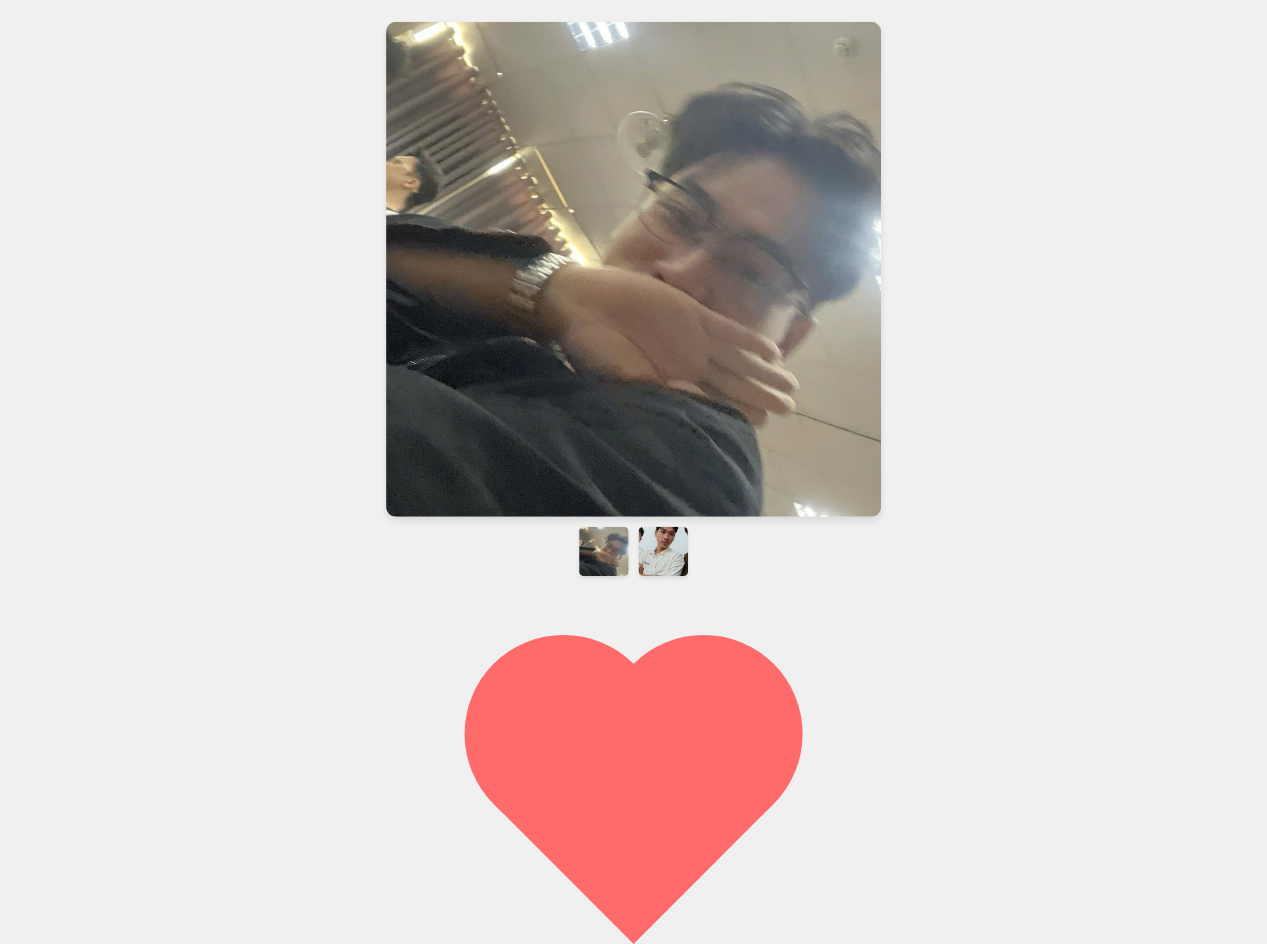
Repository: Thonghehe/profile
Page: index.html
An editor plug-in stored every save of this project. The page is shown before and after the next save, followed by the edit.
The browser window is 1280 px wide. The pictures show the whole page, at 99% of full size.

Above is the page before, as saved 2024-11-15 13:49:55.

After the next save:
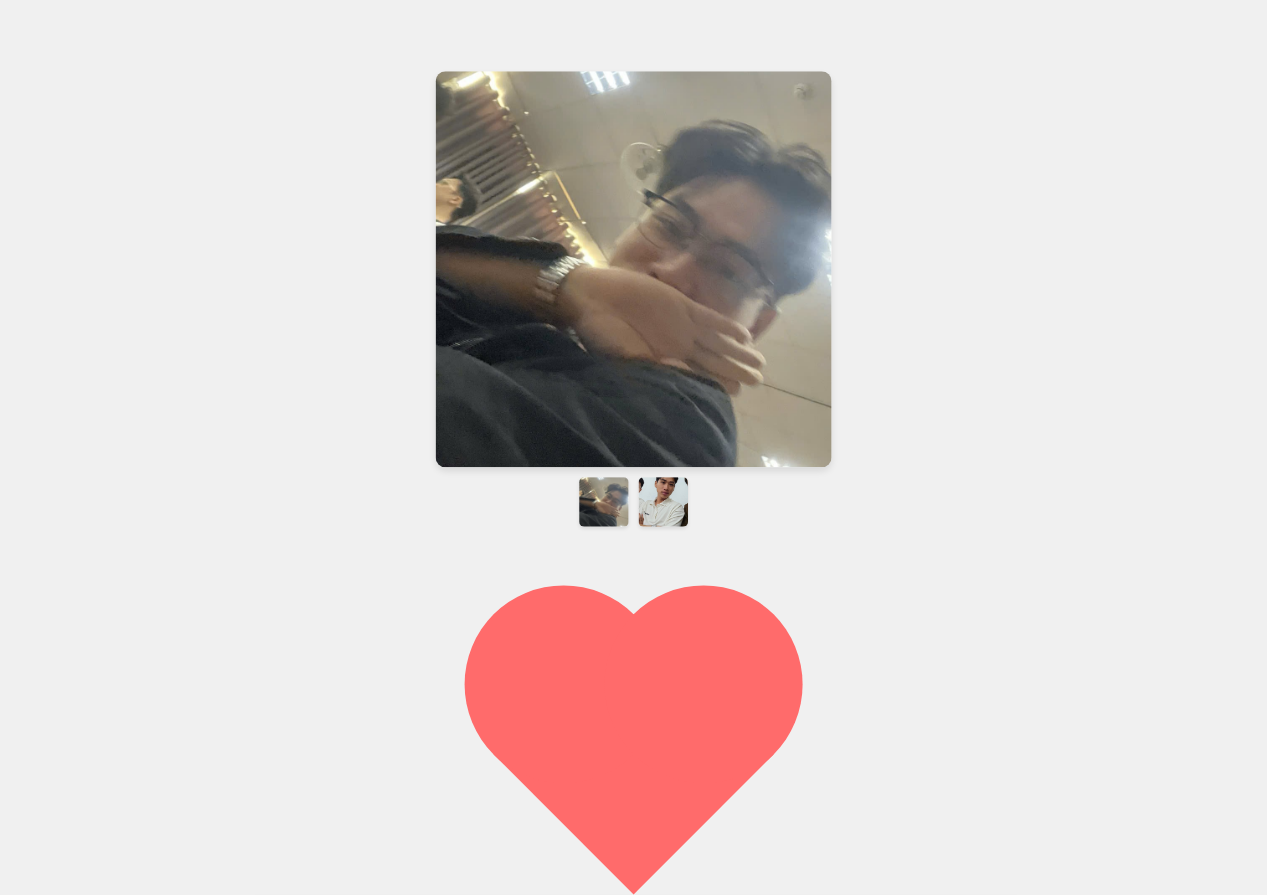
Saved 11 s later.
--- a/style.css
+++ b/style.css
@@ -76,8 +76,8 @@ p {
 }
 
 #large-image {
-    width: 500px;
-    height: 500px;
+    width: 400px;
+    height: 400px;
     object-fit: cover;
     border-radius: 10px;
     box-shadow: 0 4px 8px rgba(0, 0, 0, 0.1);
